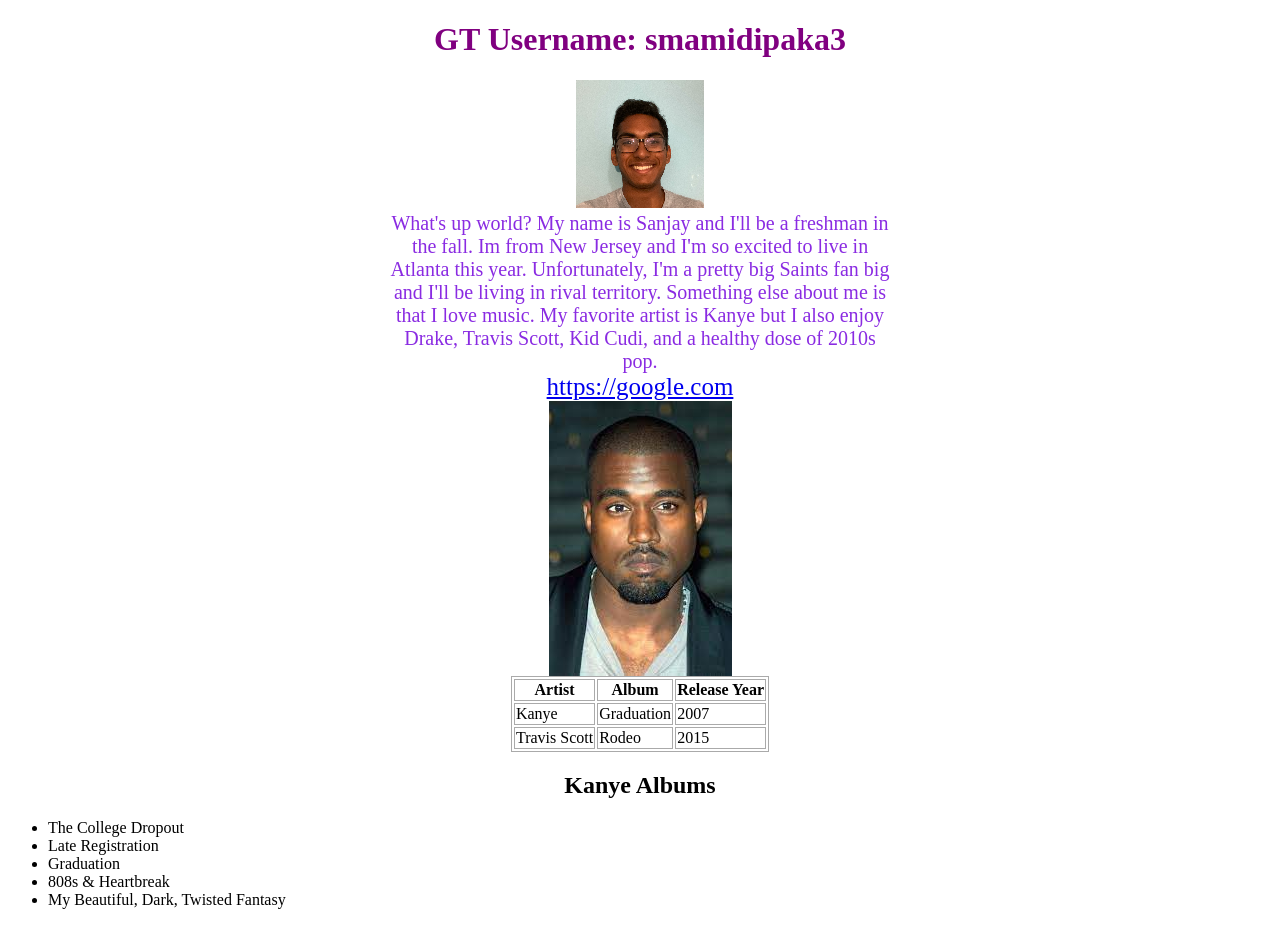
Repository: sanjayMamidipaka/cs1301
Page: lab01/index.html
An editor plug-in stored every save of this project. The page is shown before and after the next save, followed by the edit.
The browser window is 1280 px wide. The pictures show the whole page.

Above is the page before, as saved 2021-07-22 17:07:54.

After the next save:
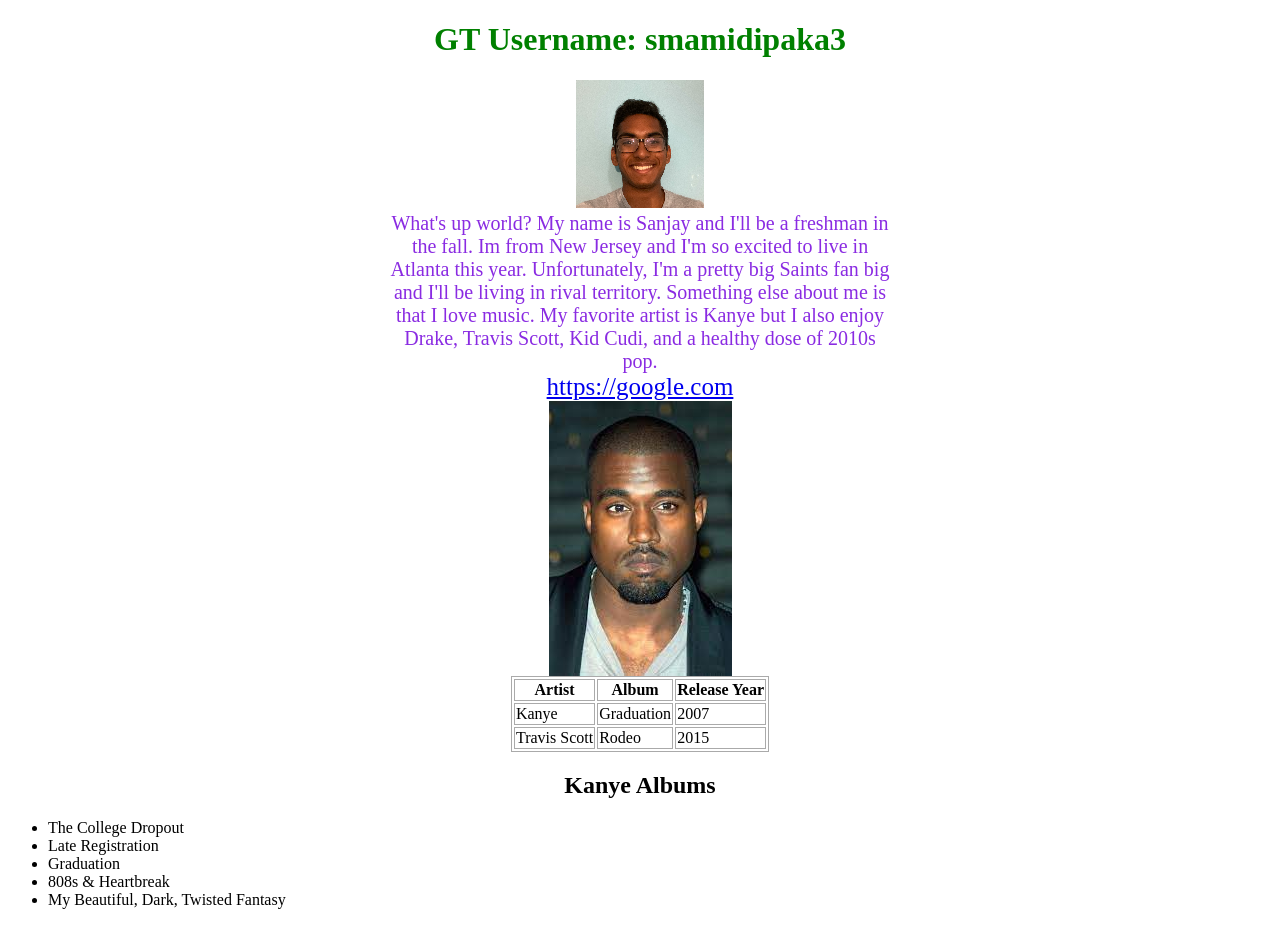
Saved 7 s later.
--- a/lab01/style.css
+++ b/lab01/style.css
@@ -1,6 +1,6 @@
 .h1 {
     text-align: center;
-    color: purple;
+    color: green;
 }
 
 .description {
